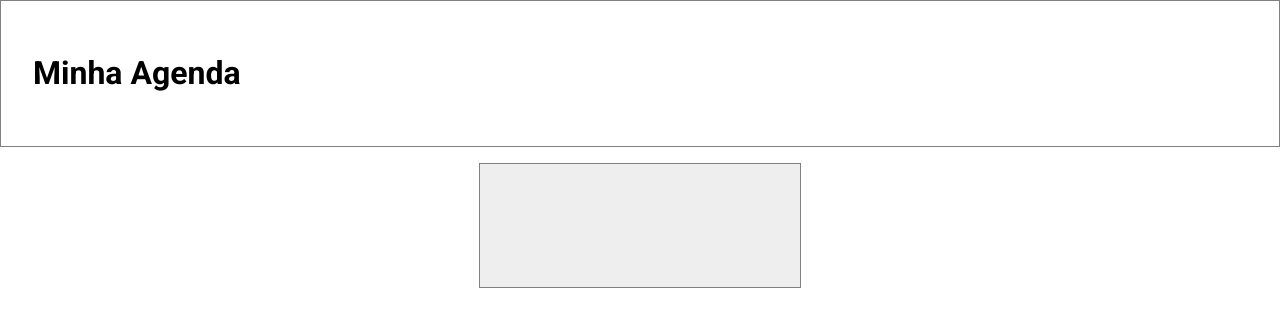
Repository: dgermano17/WebAppAgenda
Page: http://localhost/webapp3/
These files come from the project's save history. The page is drawn as it stood at one moment and after the next save; the edit follows.
The browser window is 1280 px wide. The pictures show the whole page.
The page is served by Tomcat 9.

Above is the page before, as saved 2019-03-08 00:20:40.

After the next save:
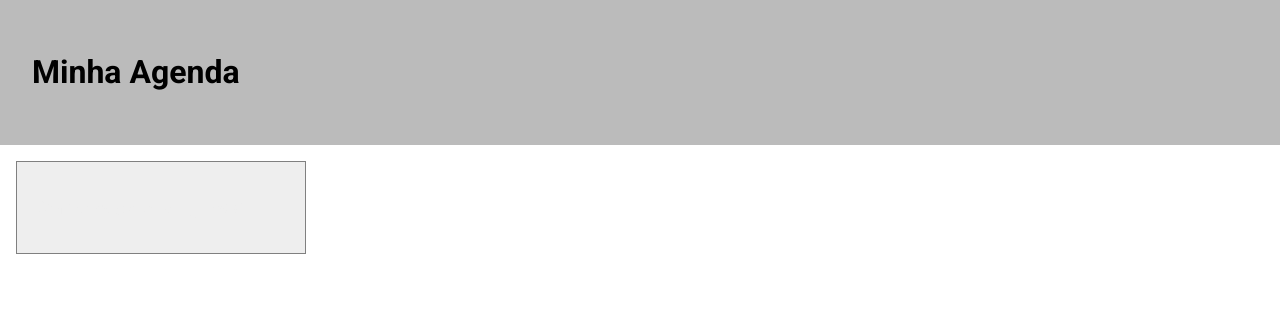
Saved 2 min 9 s later.
--- a/webapp3/WebContent/style.css
+++ b/webapp3/WebContent/style.css
@@ -4,15 +4,13 @@ body{
 }
 #header{
 	padding: 2em;
-	background-color: #fff;
-	border: solid grey 1px;
+	background-color: #bbb;
 }
 .card1{
-	text-align: center;
-	padding: 2em;
+	padding: 1em;
 	background-color: #EEE;
 	color: #EEE;
 	border: solid grey 1px;
 	width: 20%;
-	margin: 1em auto;
+	margin: 1em;
 }
